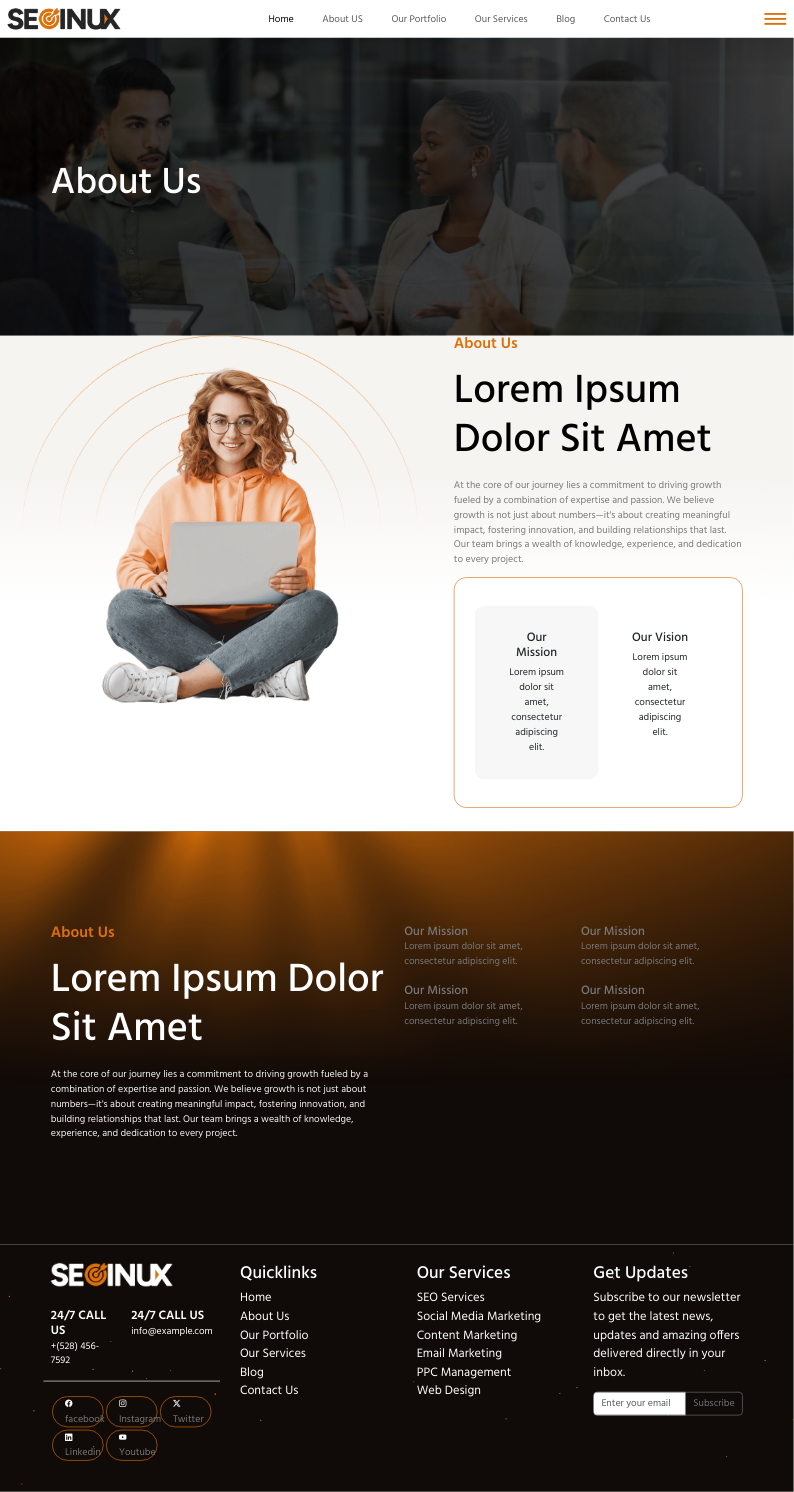
Repository: tagnam/seoinox
Page: about.html
These files come from the project's save history. The page is drawn as it stood at one moment and after the next save; the edit follows.
The browser window is 1280 px wide. The pictures show the whole page, at 62% of full size.
Backgrounds fixed to the window are drawn as part of the page.

Above is the page before, as saved 2025-02-26 10:48:11.

After the next save:
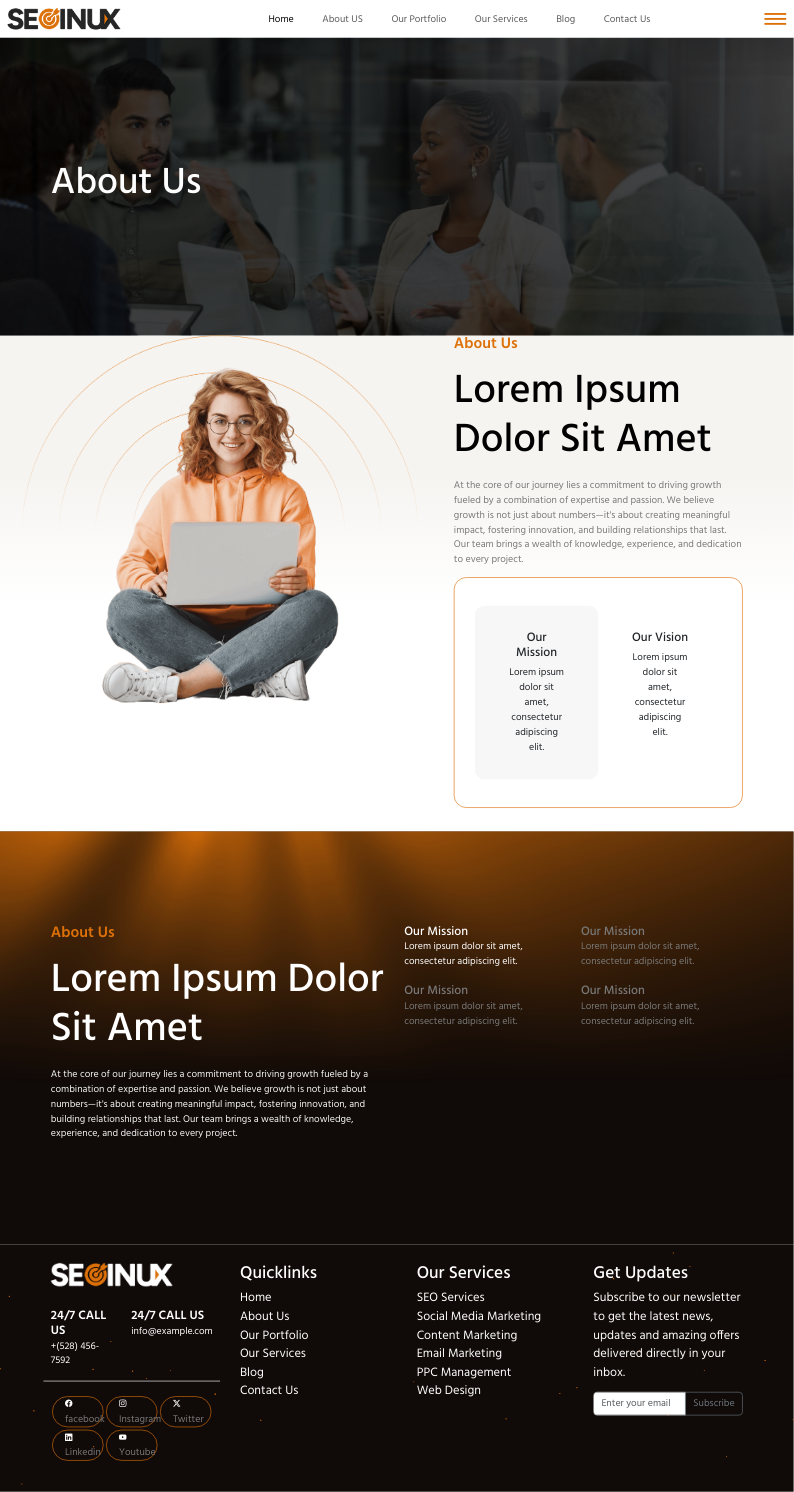
Saved 21 s later.
--- a/about.html
+++ b/about.html
@@ -128,7 +128,7 @@
     <div class="col-lg-6">
       <div class="row row-cols-1 row-cols-md-2 g-4">
         <div class="col">
-            <div class="card-body">
+            <div class="card-body" style="color: #fff;">
               <h5 class="card-title">Our Mission</h5>
               <p class="card-text">Lorem ipsum dolor sit amet, consectetur adipiscing elit. </p>
           </div>
